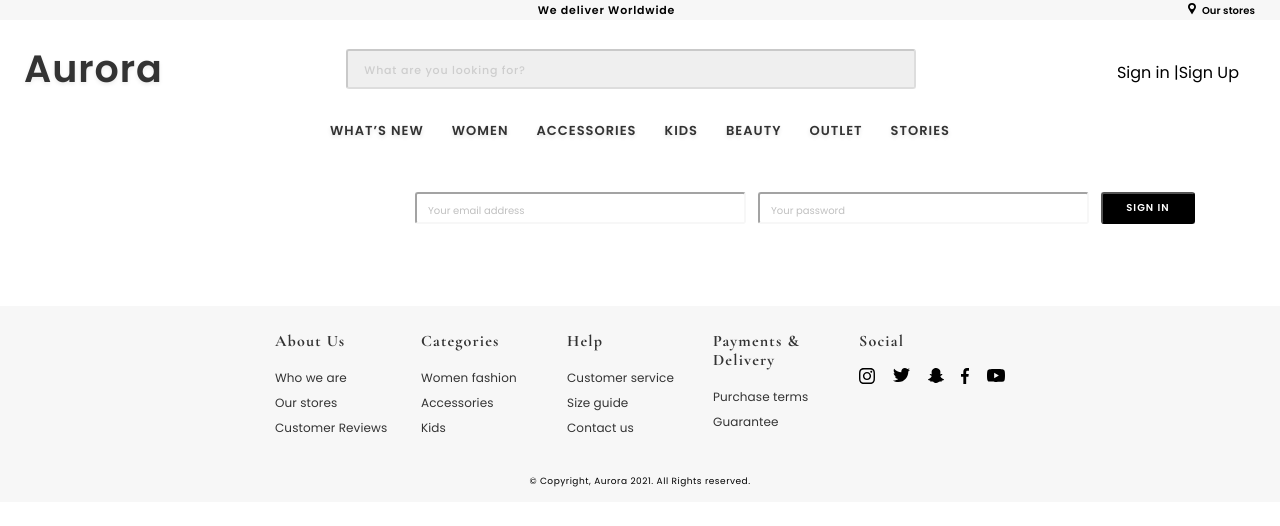
Repository: YuraKrvz/aurora-react-redux-toolkit-firebase
Page: /signIn
The author's editor kept a copy of each file at every save. The page is drawn from the files as they stood at one save, then again after the next save.
The browser window is 1280 px wide. The pictures show the whole page.
The project was rebuilt for these pictures with package versions that can differ from the ones it lists, and the page was loaded fresh each time. Also part of the build but not shown: src/components/MainSection/MainSection.jsx, src/pages/HomeGuest.jsx, src/pages/HomeUser.jsx, src/pages/SignUp.jsx.

Above is the page before, as saved 2021-11-29 15:11:41.

After the next save:
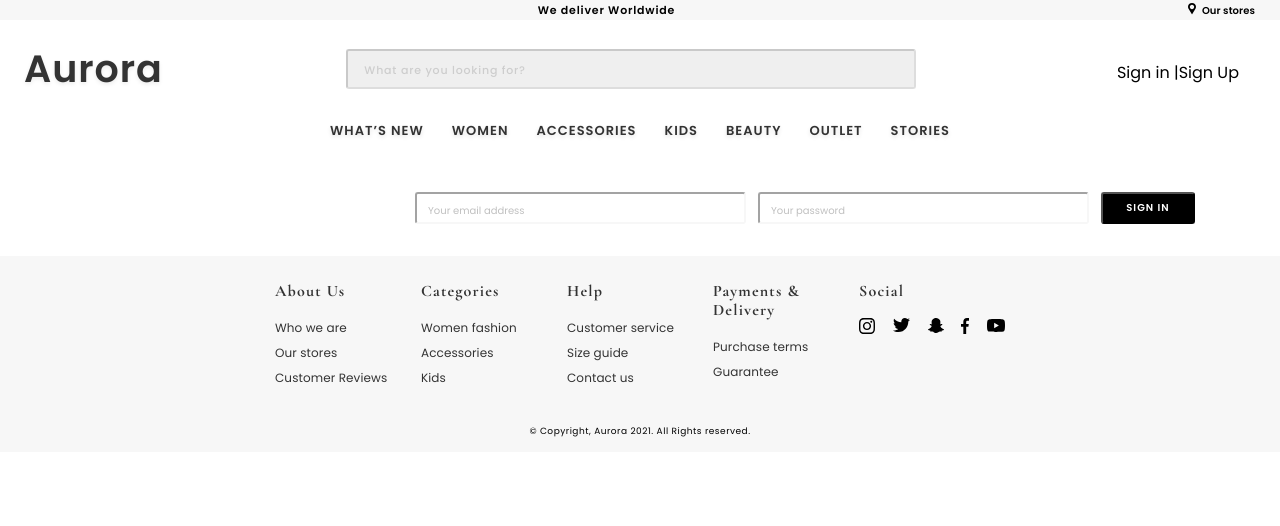
Saved 8 s later.
--- a/src/components/Footer/Footer.module.css
+++ b/src/components/Footer/Footer.module.css
@@ -1,6 +1,6 @@
 .footer{
    background-color: var(--color-silver);
-   margin-bottom: ;
+   margin-top: -50px;
 }
 .footer_inner{
    display: flex;

After the save that followed:
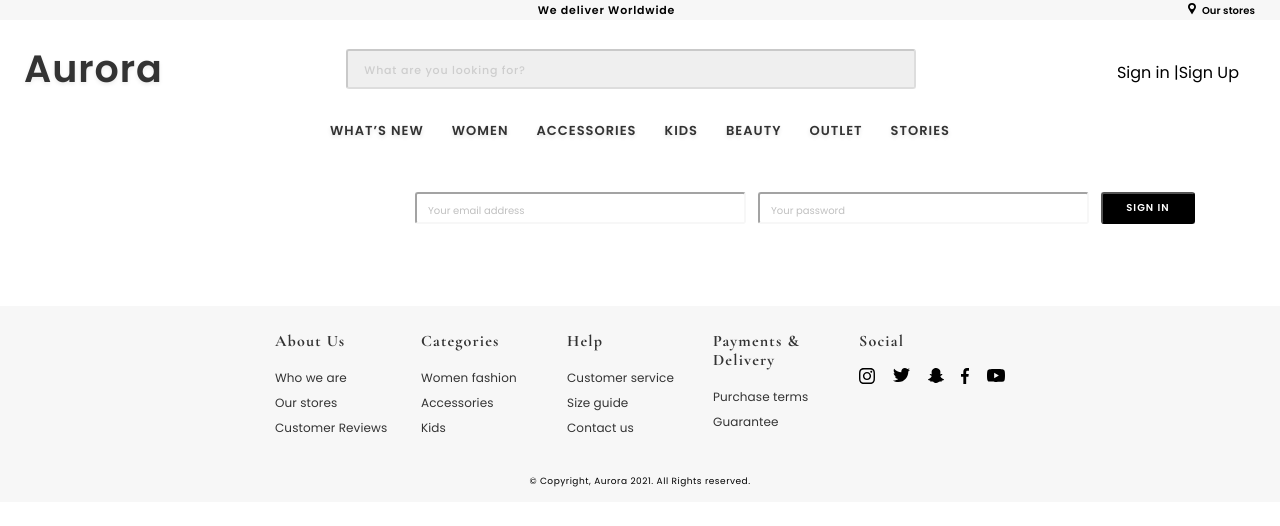
Saved 52 s later.
--- a/src/components/Footer/Footer.module.css
+++ b/src/components/Footer/Footer.module.css
@@ -1,6 +1,6 @@
 .footer{
    background-color: var(--color-silver);
-   margin-top: -50px;
+   margin-bottom: -50px;
 }
 .footer_inner{
    display: flex;
